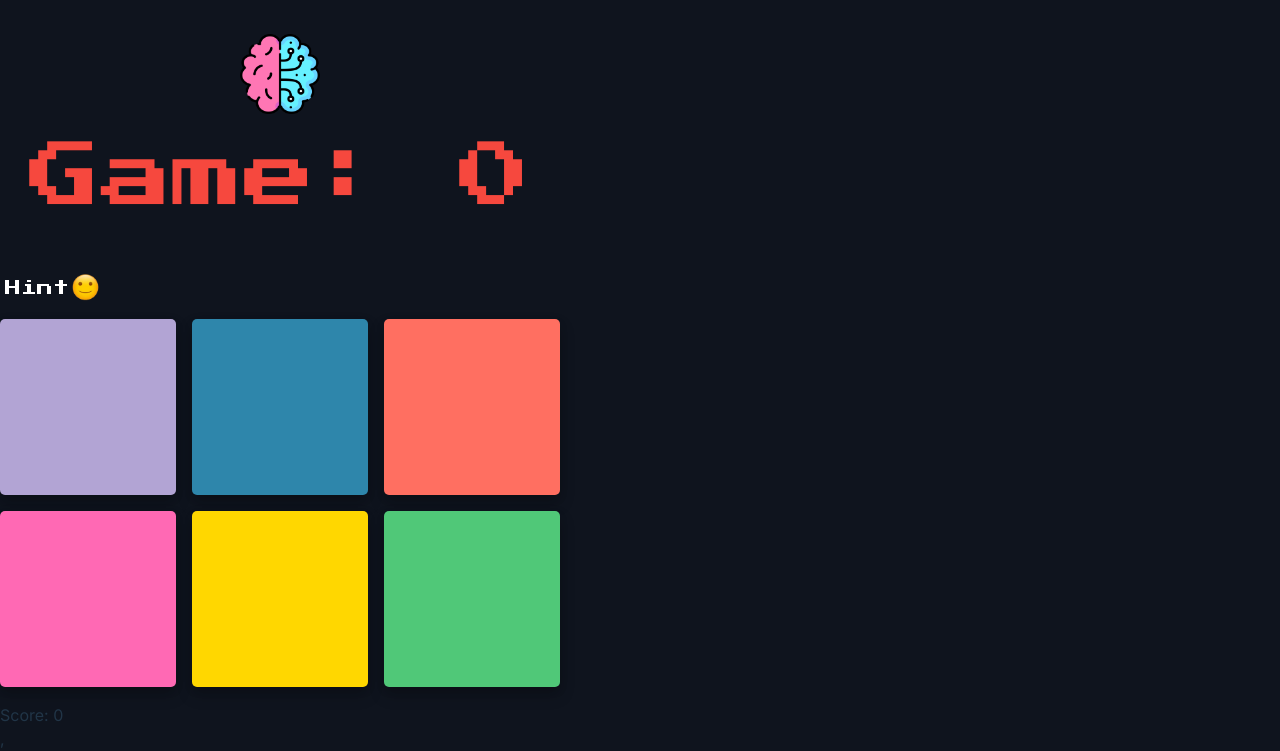
Repository: Shenixo/Color_match_game
Page: /game_play
The author's editor kept a copy of each file at every save. The page is drawn from the files as they stood at one save, then again after the next save.
The browser window is 1280 px wide. The pictures show the whole page.
The project was rebuilt for these pictures with package versions that can differ from the ones it lists, and the page was loaded fresh each time. Also part of the build but not shown: vite.config.js, src/Components/Tab/Tab.css, src/Components/Tab/Tab.jsx, src/Pages/Home/Home.jsx, src/Pages/Rules/Rules.css, src/Pages/Rules/Rules.jsx, src/Pages/Sound/Sound.jsx, src/Components/ChosenColorDisplay/ChosenColorDisplay.jsx. Imported but missing from the stored project, and not drawn on this page: src/assets/button_clicks.wav, src/assets/game_theme_sound.mp4.

Above is the page before, as saved 2025-02-04 02:19:54.

After the next save:
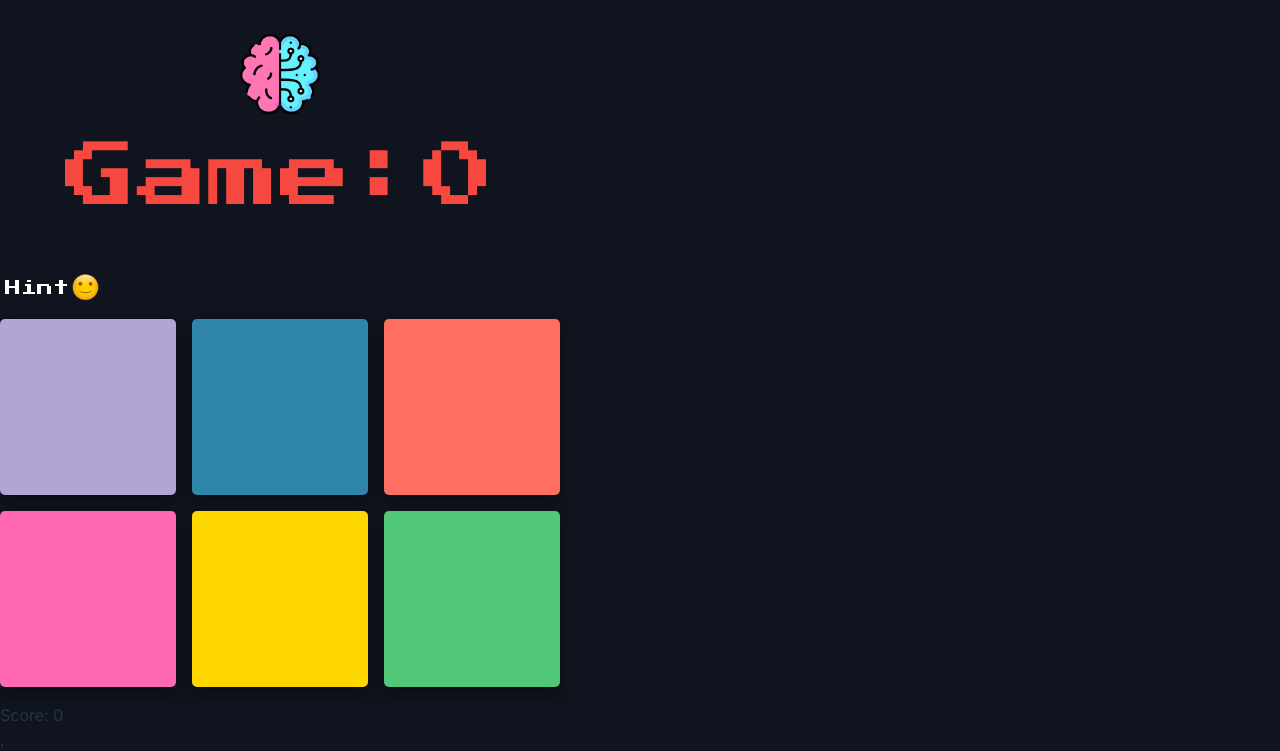
Saved 37 min 25 s later.
--- a/src/Pages/GamePlay/GamePlay.jsx
+++ b/src/Pages/GamePlay/GamePlay.jsx
@@ -12,7 +12,7 @@ const GamePlay = () => {
   return (
     <div>
       <div className="container">
-        <Title content={`Game: ${score}`} />
+        <Title content={`Game:${score}`} />
         <div className="game-tab">
         <ScoreNdColorBox/>
         </div>
